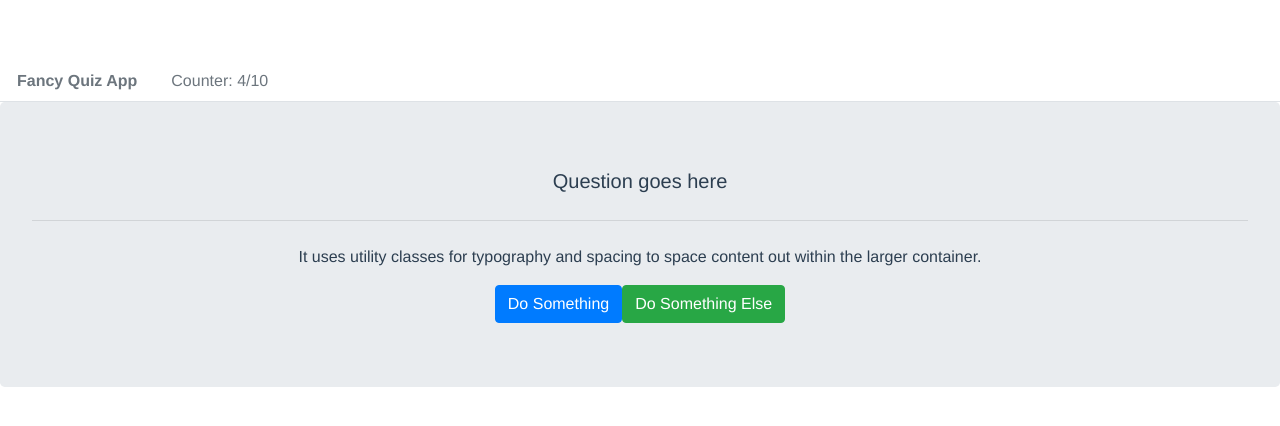
Repository: cacm96/Quiz
Page: /
The author's editor kept a copy of each file at every save. The page is drawn from the files as they stood at one save, then again after the next save.
The browser window is 1280 px wide. The pictures show the whole page.
The project was rebuilt for these pictures with package versions that can differ from the ones it lists, and the page was loaded fresh each time.

Above is the page before, as saved 2021-04-26 10:43:57.

After the next save:
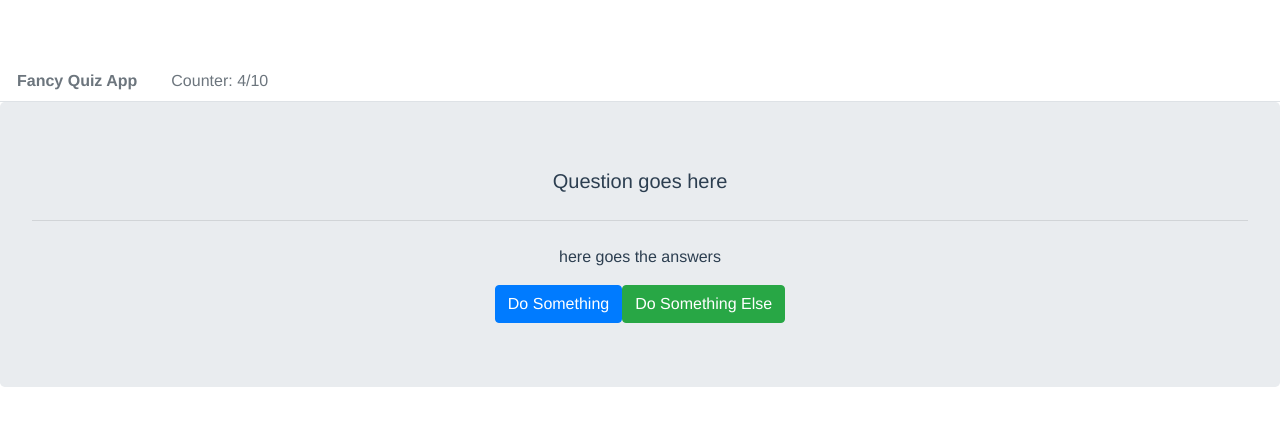
Saved 38 s later.
--- a/src/components/QuestionBox.vue
+++ b/src/components/QuestionBox.vue
@@ -8,8 +8,7 @@
       <hr class="my-4" />
 
       <p>
-        It uses utility classes for typography and spacing to space content out
-        within the larger container.
+        here goes the answers
       </p>
 
       <b-button variant="primary" href="#">Do Something</b-button>
